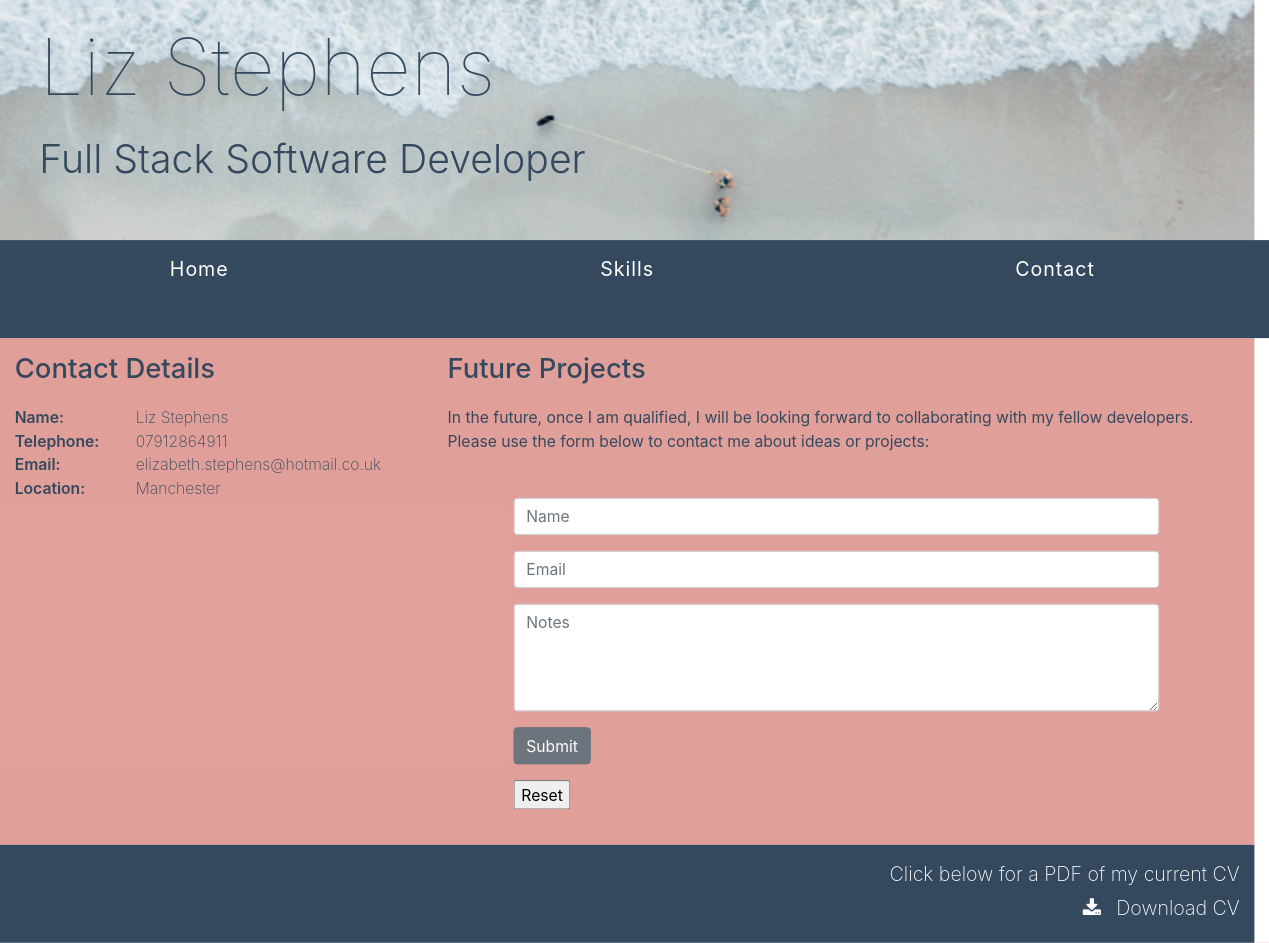
Repository: Liz94688/portfolio-site
Page: contact.html
The author's editor kept a record of every edit. The page is drawn from the files as they stood at one moment, then again after the next edit.
The browser window is 1280 px wide. The page is 1295 px wide, so the pictures cover 1295 px, including what lies to the right of the window. The pictures show the whole page, at 98% of full size.

Above is the page before.

After the next edit:
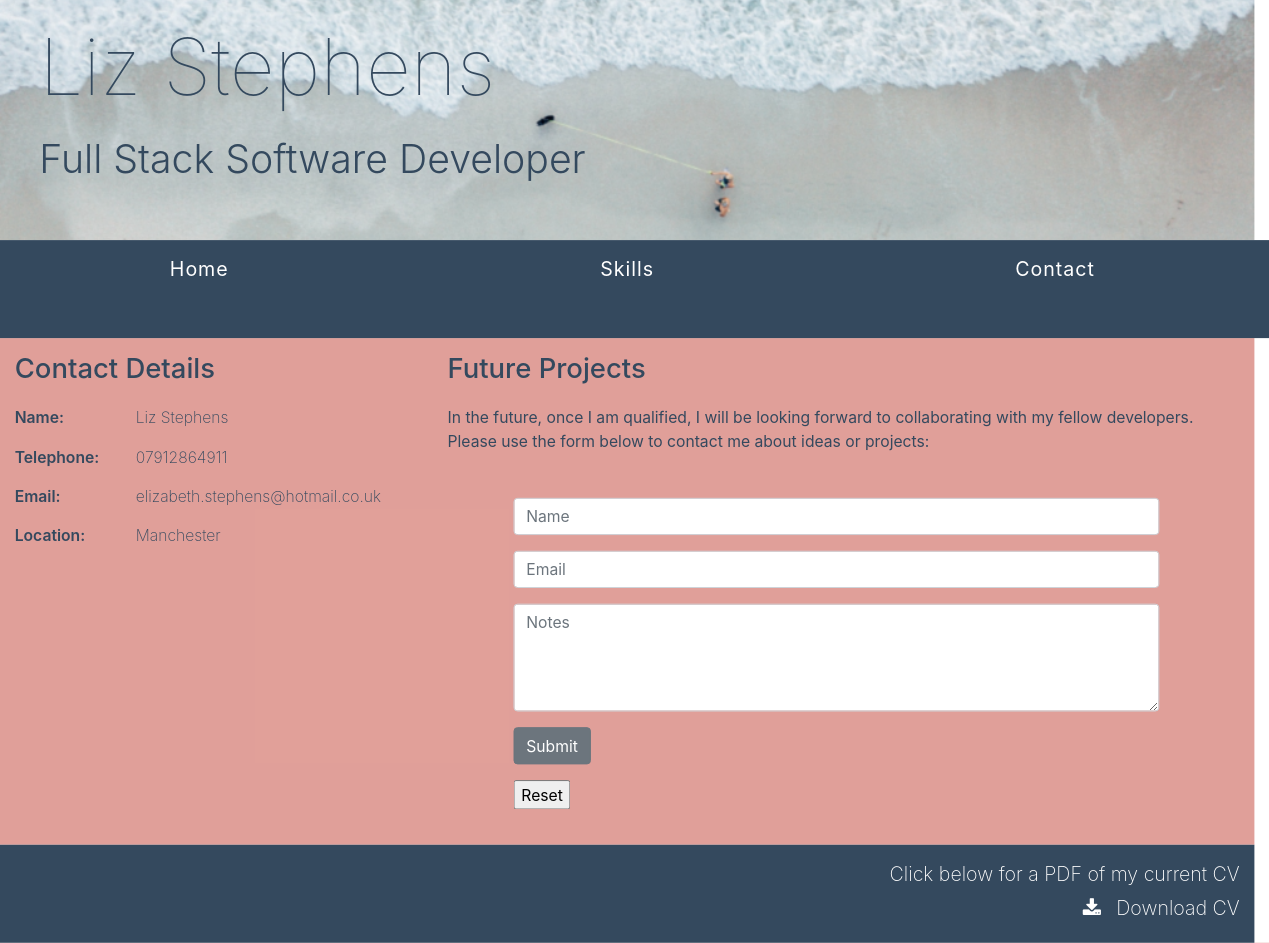
The edit:
--- a/assets/css/style.css
+++ b/assets/css/style.css
@@ -256,6 +256,7 @@
 .contact-details-itemised .value {
     display: inline-block;
     padding-right: 10px;
+    margin-bottom: 16px;
 }
 
 .contact-details-itemised .key p,
